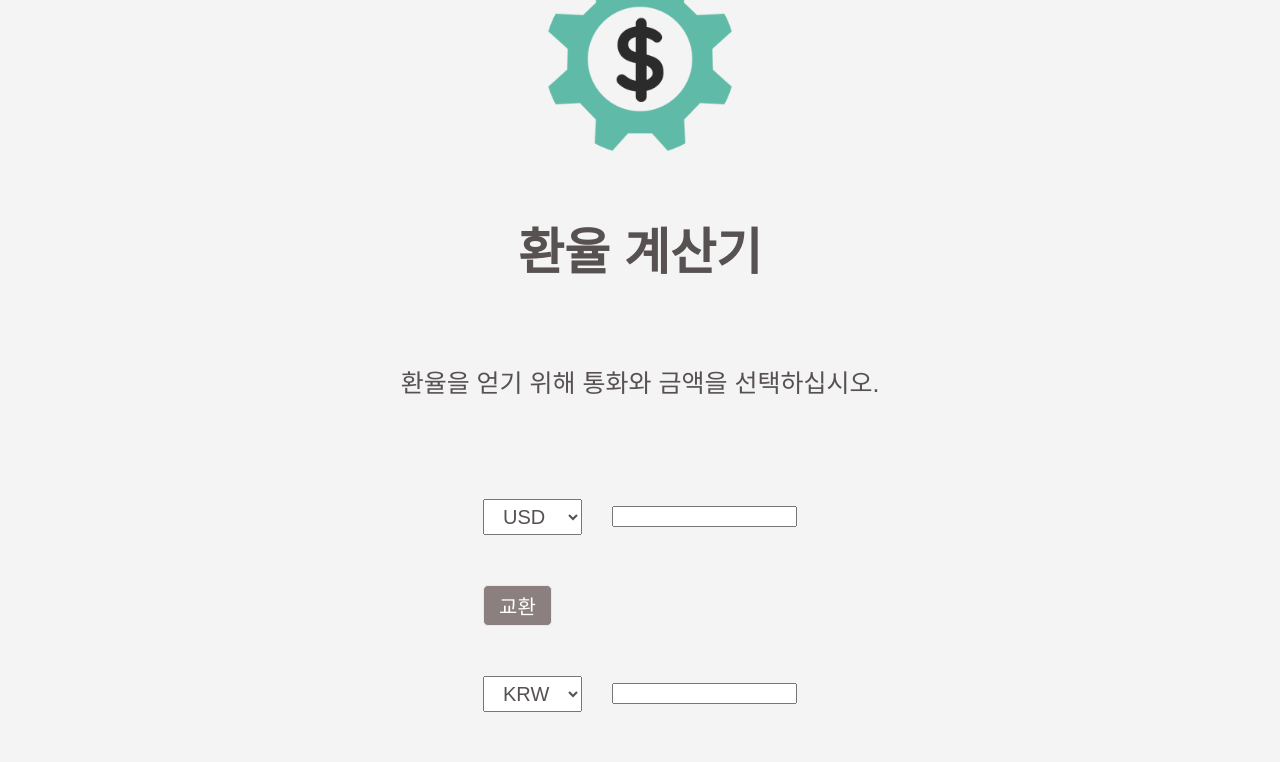
Repository: AbrorjonKuchkarov/exchange-rate
Page: index.html
These files come from the project's save history. The page is drawn as it stood at one moment and after the next save; the edit follows.
The browser window is 1280 px wide. The pictures show the whole page.

Above is the page before, as saved 2022-02-24 01:36:50.

After the next save:
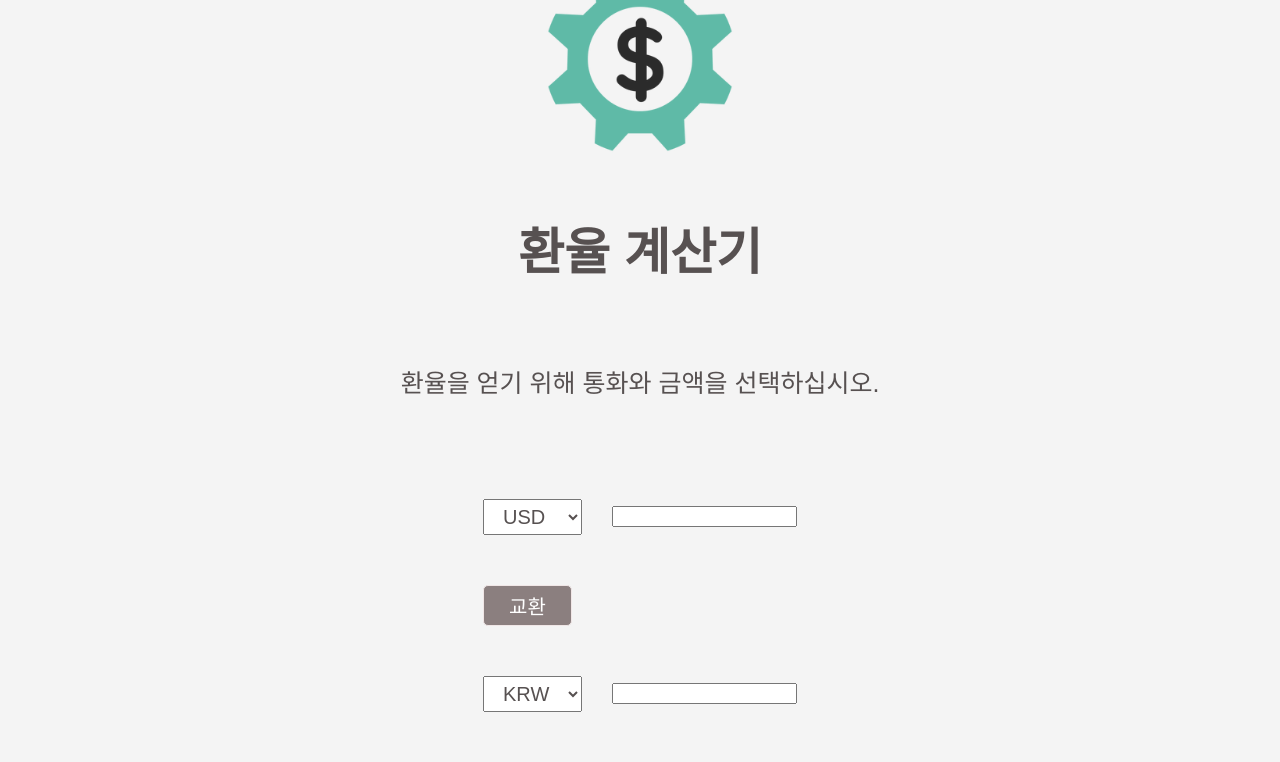
Saved 36 s later.
--- a/style.css
+++ b/style.css
@@ -32,7 +32,7 @@ p{
 }
 
 .btn{
-   padding: 5px 15px;
+   padding: 5px 25px;
    border-radius: 5px;
    border: 1px solid #f0e6e6;
    background-color: #8b7f7f;
